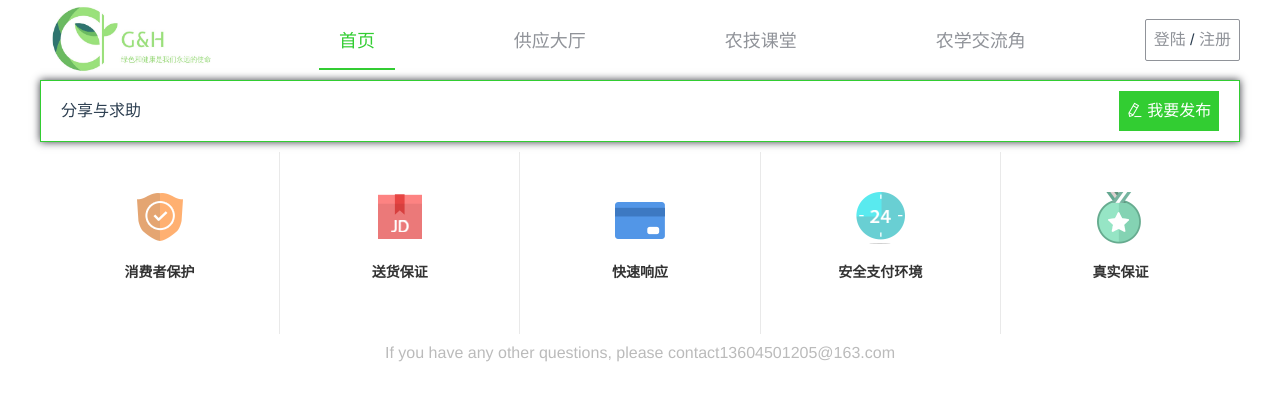
Repository: Miraitowa007/neau
Page: /communication
These files come from the project's save history. The page is drawn as it stood at one moment and after the next save; the edit follows.
The browser window is 1280 px wide. The pictures show the whole page.
The project was rebuilt for these pictures with package versions that can differ from the ones it lists, and the page was loaded fresh each time. Also part of the build but not shown: vue.config.js, src/views/home/index.vue, src/views/login/index.vue, src/views/sale/index.vue, src/views/class/index.vue.

Above is the page before, as saved 2021-04-30 11:20:39.

### src/main.js
import Vue from 'vue'
import App from './App.vue'
import router from './router'
import ElementUI from 'element-ui';
import 'element-ui/lib/theme-chalk/index.css';
import '@/style/normalize.css'
import store from './store'
import api from './api/index'

Vue.use(ElementUI);
Vue.use(api);
Vue.config.productionTip = false

new Vue({
  router,
  store,
  render: h => h(App)
}).$mount('#app')

### src/App.vue
<template>
  <div id="app">
    <web-header></web-header>
    <router-view></router-view>
    <bottom></bottom>
  </div>
</template>

<script>
import WebHeader from './components/webheader.vue'
import Bottom from './components/bottom.vue'

export default {
  name: 'App',
  components: {
    WebHeader,
    Bottom
  }
}
</script>

<style lang="scss">
#app {
  font-family: Avenir, Helvetica, Arial, sans-serif;
  -webkit-font-smoothing: antialiased;
  -moz-osx-font-smoothing: grayscale;
  text-align: center;
  color: #2c3e50;
}
</style>

### src/router.js
import Vue from 'vue'
import Router from 'vue-router'
import Home from './views/home'
import Login from './views/login'
import Sale from './views/sale'
import Communication from './views/communication'
import Class from './views/class'
Vue.use(Router)

export default new Router({
    mode:'history',
    routes:[
        {
            path:'/',
            name:'index',
            redirect: '/index',
            meta:{}
        },
        {
            path:'/index',
            name:'home',
            component:Home,
            meta:{}
        },
        {
            path:'/sale',
            name:'sale',
            component:Sale,
            meta:{},
        },
        {
            path:'/sale/detail',
            name:'product_detail',
            component:()=>import('./views/sale/details')
        },
        {
            path:'/class',
            name:'class',
            component:Class,
            meta:{}
        },
        {
            path:'/communication',
            name:'communication',
            component:Communication,
            meta:{}
        },
        {
            path:'/login',
            name:'login',
            component:Login,
            meta:{}
        }
    ]
})

### src/store.js
import Vue from 'vue';
import Vuex from 'vuex';
Vue.use(Vuex);
export default new Vuex.Store({
    state:{
        isLogin:false,
        userName:''
    },
    mutations:{
        getUserName(state,name){
            state.userName=name
        }
    },
    actions:{

    },
    getters:{
        getIsLogin(state){
            return state.isLogin
        },
        getUserName(state){
            return state.userName
        }
    }
})

### src/api/index.js
import * as api_product from './productList'
import * as api_news from './newsList'

const apiObj = {
  api_product,
  api_news
}

const install = function (Vue) {
  if (install.installed) return
  install.installed = true

  //定义属性到Vue原型中
  Object.defineProperties(Vue.prototype, {
    $fetch: {
      get() {
        return apiObj
      }
    }
  })
}

export default {
  install
}

### src/components/webheader.vue
<template>
    <div class="webHeader">
        <router-link to="/index" class="logo">
            <img src="@/assets/images/logo.jpg" alt="" srcset="" >
        </router-link>
        <el-menu :default-active="activeIndex" class="el-menu-demo" mode="horizontal" @select="handleSelect" active-text-color="#32CD32">
            <el-menu-item index="1">
                <router-link to="/index">
                    首页
                </router-link>
            </el-menu-item>
            <el-menu-item index="2">
                <router-link to="/sale">
                    供应大厅
                </router-link>
            </el-menu-item>
            <el-menu-item index="3">
                <router-link to="/class">
                    农技课堂
                </router-link>
            </el-menu-item>
            <el-menu-item index="4">
                <router-link to="/communication">
                    农学交流角
                </router-link>
            </el-menu-item>
        </el-menu>
        <div v-if="!getIsLogin" class="login">
            <router-link to="/communication">
                登陆
            </router-link>
            <span>/</span>
            <router-link to="/communication">
                注册
            </router-link>
        </div>
        <div v-else>
            <el-dropdown>
                <span class="el-dropdown-link">
                    {{getUserName}}<i class="el-icon-arrow-down el-icon--right"></i>
                </span>
                <el-dropdown-menu slot="dropdown">
                    <el-dropdown-item>
                        退出登陆
                    </el-dropdown-item>
                </el-dropdown-menu>
                </el-dropdown>
        </div>
    </div>
</template>
<script>
import {mapGetters} from 'vuex'
export default {
    name:'WebHeader',
    data(){
        return{
            activeIndex:'1'
        }
    },
    methods:{
        handleSelect(){

        }
    },
    computed:{
        ...mapGetters(['getIsLogin','getUserName'])
    }
}
</script>
<style lang="scss" scoped>
    .webHeader{
        width:1200px;
        height: 80px;
        line-height: 80px;
        display: flex;
        align-items: center;
        margin: 0 auto;
        .logo{
            width: 180px;
            height: 80px;
            line-height: 80px;
            img{
                width: 180px;
                height: 80px;
                line-height: 80px;
            }
        }
        .el-menu-demo{
            height: 80px;
            line-height: 80px;
            background-color: #ffffff;
            border: none;
            flex-grow: 1;
            display: flex;
            align-items: center;
            justify-content: space-between;;
            text-decoration: none;
            .el-menu-item{
                font-size: 18px;
                color: #909399;
            }
        }
        .login{
            height: 40px;
            text-align: center;
            line-height: 40px;
            padding: 0 8px;
            border: 1px solid #909399;
            border-radius: 2px;
            overflow: hidden;
            a{
                color:#909399
            }
        }
    }
</style>

### src/components/bottom.vue
<template>
    <div>
        <ul class="statement">
            <li >
                <div class="protection"></div>
                <div class="title">消费者保护</div>
            </li>
            <li >
                <div class="divery"></div>
                <div class="title">送货保证</div>
            </li>
            <li >
                <div class="response"></div>
                <div class="title">快速响应</div>
            </li>
            <li >
                <div class="pay"></div>
                <div class="title">安全支付环境</div>
            </li>
            <li >
                <div class="Guarantee"></div>
                <div class="title">真实保证</div>
            </li>
        </ul>
        <div class="bottom">If you have any other questions, please contact13604501205@163.com</div>
    </div>
</template>
<script>
export default {
    name:'bottom',
    data(){
        return {

        }
    }
}
</script>
<style lang="scss" scoped>
.statement{
    width: 1200px;
    margin: 10px auto;
    display: flex;
    justify-content: space-around;
    li{
        border-right: 1px solid #e9e9e9;
        width: 240px;
        height: 182px;
        float: left;
        text-align: center;
        &:last-child{
            border: none;
        }
    }
    .title{
        color: #333;
        font-size: 14px;
        margin-top: 20px;
        display: block;
        font-weight: 700;
    }
    .protection{
        width: 50px;
        height: 52px;
        background: url('../assets/images/icon_sprite.png');
        margin: 40px auto 0;
    }
    .divery{
        width: 50px;
        height: 52px;
        background: url('../assets/images/icon_sprite.png');
        margin: 40px auto 0;
        background-position: 0 -64px
    }
    .response{
        width: 50px;
        height: 52px;
        background: url('../assets/images/icon_sprite.png');
        margin: 40px auto 0;
        background-position: 0 -114px
    }
    .pay{
        width: 50px;
        height: 52px;
        background: url('../assets/images/icon_sprite.png');
        margin: 40px auto 0;
        background-position: 0 -168px
    }
    .Guarantee{
        width: 50px;
        height: 52px;
        background: url('../assets/images/icon_sprite.png');
        margin: 40px auto 0;
        background-position: 0 -220px;
    }
}
.bottom{
    margin: 0 auto 15px;
    color: #bbb;
    font-size: 16px;
}
</style>

### src/views/communication/index.vue
<template>
    <div class="communication">
        <header class="header">
            <div class="share">分享与求助</div>
            <button class="publish">
                <i class="el-icon-edit"></i>
                我要发布
            </button>
        </header>
    </div>
</template>

<script>
export default {

}
</script>

<style lang="scss" scoped>
.communication{
    width: 1200px;
    margin: 0 auto;
    .header{
        height: 60px;
        line-height: 60px;
        margin: 0 auto;
        display: flex;
        border: 1px solid #32CD32;
        box-shadow: 0px 0px 8px rgb(58, 58, 66);
        position: relative;
        .share{
            margin-left: 20px;
        }
        .publish{
            width: 100px;
            height: 40px;
            border: none;
            position: absolute;
            top:10px;
            right: 20px;
            background: #32CD32;
            color: #fff;
        }
    }
}
</style>

### src/api/productList.js
import fetch from '../common'
export function getProductList(params){
    return fetch({
        url: `/list`,
        method: 'get',
        params
    })
}

### src/api/newsList.js
import fetch from '../common'
export function getNewsList(params){
    return fetch({
        url: `/articleList`,
        method: 'get',
        params
    })
}

### src/common/index.js
/*
 * @Author: ShiJInMing
 * @Date: 2021-04-28 16:34:49
 * @LastEditors: ShiJInMing
 * @LastEditTime: 2021-04-28 17:08:50
 */
import axios from 'axios'
// import router from 'src/router'
import { server_base_url } from '../../src/config/index'

//添加一个响应拦截器
axios.interceptors.response.use(function (res) {
    return res;
}, function (error) {
  let data = error.response.data;
  if (data.code == 20001) {
    let currentUrl = window.location.href;
    window.location = data.data.loginUrl + '?returnUrl=' + currentUrl;

  } else {
    return Promise.reject(error);
  }
})
export default function fetch(options) {
    return new Promise((resolve, reject) => {
        let arrHeader
        arrHeader = { 'Content-Type': 'application/json;charset=utf-8' }
        //创建一个axios实例
        const instance = axios.create({
        //设置默认根地址
        // baseURL: process.env.VUE_APP_BASE_API,
        baseURL: server_base_url,
        //设置请求超时设置
        timeout: 30000,
        //设置请求时的header
        headers: arrHeader,
        //允许跨域携带cookie
        withCredentials: true
        })

        //请求处理
        instance(options)
        .then((res) => {
            //请求成功时,根据业务判断状态
            if (res.data) {
            resolve(res.data)
            return false
            }
            else {
            resolve(res.data);
            return false
            }
        })
        .catch((error) => {
            //请求失败时,根据业务判断状态
            if (error.response) {
            if (error.response.status === 401) {
                // let currentUrl = encodeURIComponent(window.location.href)
                window.location = 'http://idssa.jd.com/sso/login?' + 'ReturnUrl=' + 'http://oper.jd.id'
            }
            reject(error.data)
            }
        })
    })
}

### src/config/index.js
/*
 * @Author: ShiJInMing
 * @Date: 2021-04-28 16:45:07
 * @LastEditors: ShiJInMing
 * @LastEditTime: 2021-04-28 17:09:11
 */
export const server_base_url = 'http://easy-mock.jd.com/mock/5feb2feb7226a9f39b3b1b7d/example'

Loaded but not shown: public/index.html (common file); src/style/normalize.css (library)

After the next save:
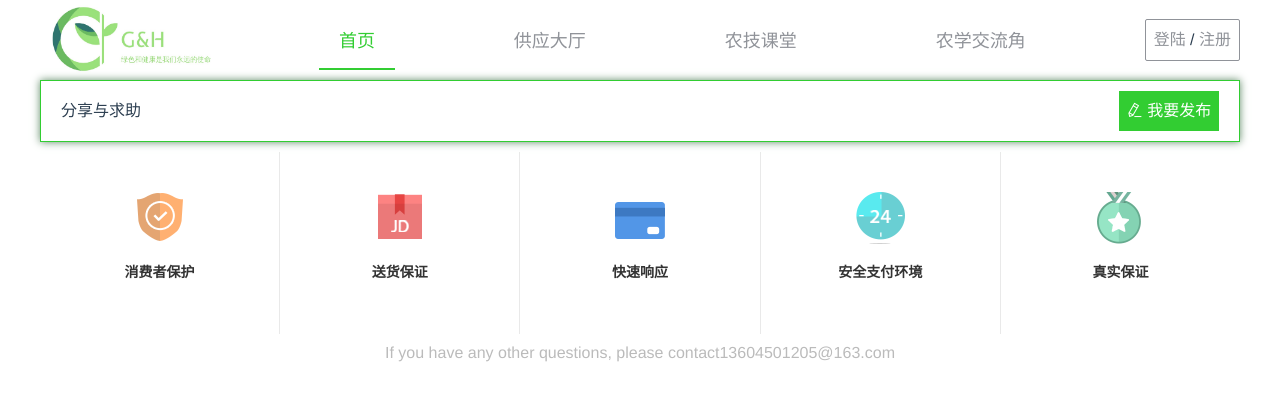
Saved 19 s later.
--- a/src/views/communication/index.vue
+++ b/src/views/communication/index.vue
@@ -26,7 +26,7 @@
         margin: 0 auto;
         display: flex;
         border: 1px solid #32CD32;
-        box-shadow: 0px 0px 8px rgb(58, 58, 66);
+        box-shadow: 0px 0px 8px rgb(97, 139, 104);
         position: relative;
         .share{
             margin-left: 20px;
